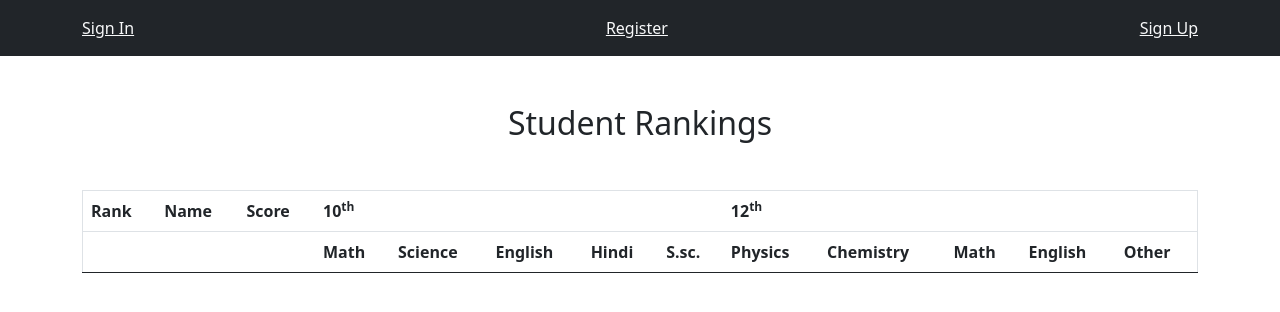
Repository: akankshaajoshi/student-counselling-application
Page: templates/registration/rankings.html
These files come from the project's save history. The page is drawn as it stood at one moment and after the next save; the edit follows.
The browser window is 1280 px wide. The pictures show the whole page.
The template is drawn by Django 3.2. The application's start-up code is not run. The template is opened directly, without the code that normally fills it, so the values that code supplies are empty.

Above is the page before, as saved 2024-04-25 13:42:10.

After the next save:
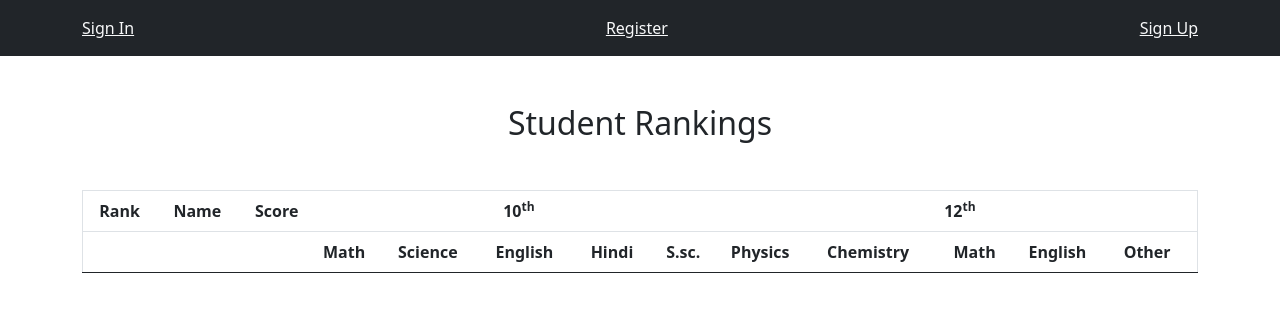
Saved 29 s later.
--- a/templates/registration/rankings.html
+++ b/templates/registration/rankings.html
@@ -12,7 +12,7 @@
   <h2 class="text-center mb-5">Student Rankings</h2>
   <table class="table table-striped">
     <thead class="thead-dark">
-      <tr>
+      <tr align="center">
         <th>Rank</th>
         <th scope="col">Name</th>
         <th scope="col">Score</th>

After the 4 saves that followed:
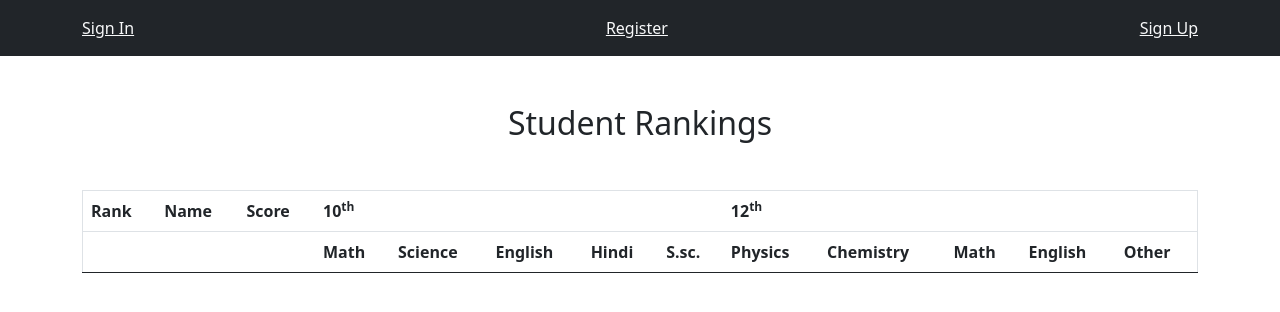
The 4 saves are shown as one change because 3 left the picture as it was.
The last was saved 54 s later.
--- a/templates/registration/rankings.html
+++ b/templates/registration/rankings.html
@@ -6,13 +6,16 @@
   .table {
     border: 1px solid #dee2e6;
   }
+  td {
+    padding: 5px;
+  }
 </style>
 
 <div class="container mt-5">
   <h2 class="text-center mb-5">Student Rankings</h2>
   <table class="table table-striped">
     <thead class="thead-dark">
-      <tr align="center">
+      <tr>
         <th>Rank</th>
         <th scope="col">Name</th>
         <th scope="col">Score</th>
